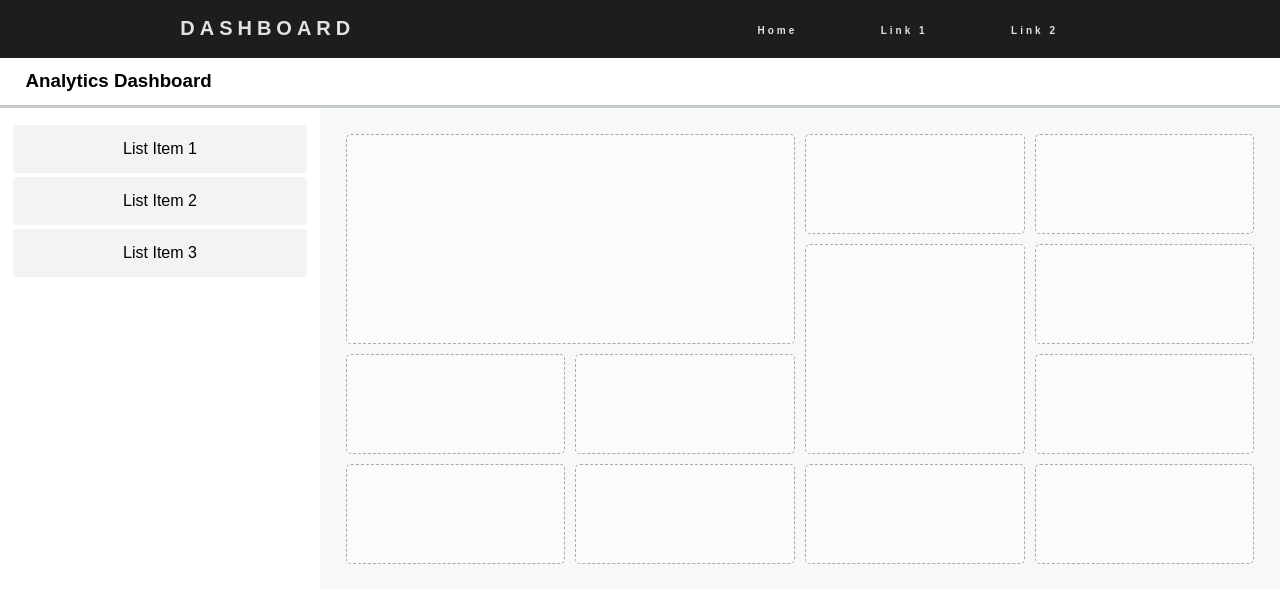
Repository: nourabdelhakam/drag-drop
Page: index.html
These files come from the project's save history. The page is drawn as it stood at one moment and after the next save; the edit follows.
The browser window is 1280 px wide. The pictures show the whole page.

Above is the page before, as saved 2020-07-03 11:49:03.

After the next save:
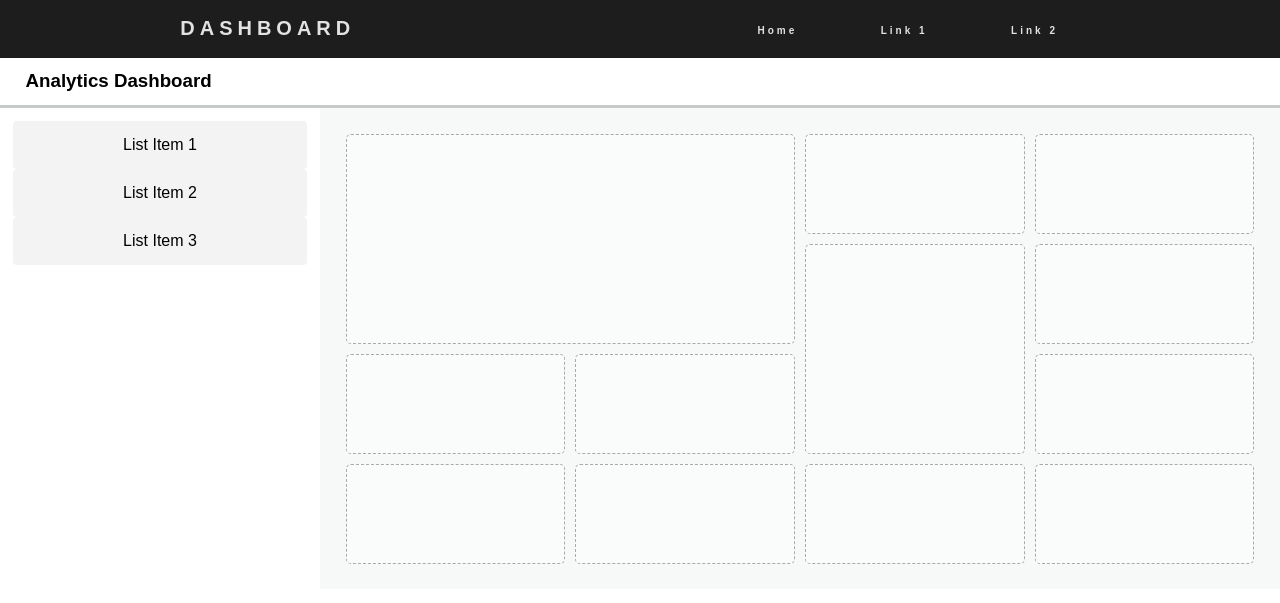
Saved 14 s later.
--- a/css/main.css
+++ b/css/main.css
@@ -31,7 +31,7 @@ h3 {
     border-radius: 4px;
     padding: 15px 20px;
     text-align: center;
-    margin: 4px 0;
+
 }
 
 .wrapper > div {

After the save that followed:
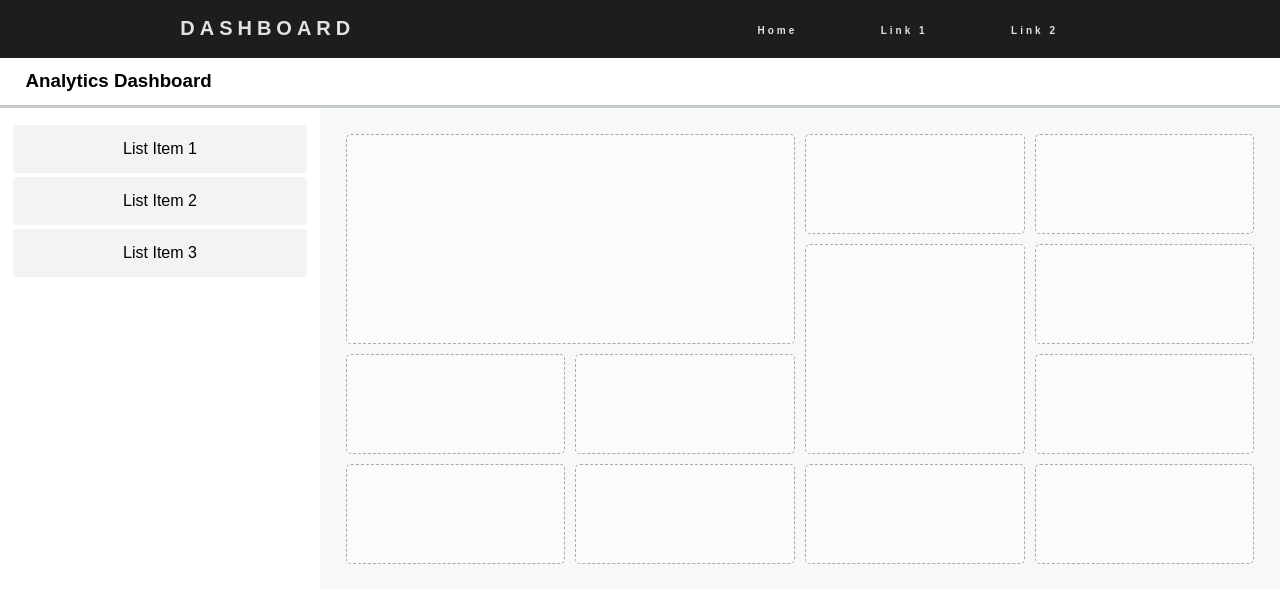
Saved 23 s later.
--- a/css/main.css
+++ b/css/main.css
@@ -31,7 +31,7 @@ h3 {
     border-radius: 4px;
     padding: 15px 20px;
     text-align: center;
-
+    margin: 4px 0;
 }
 
 .wrapper > div {
